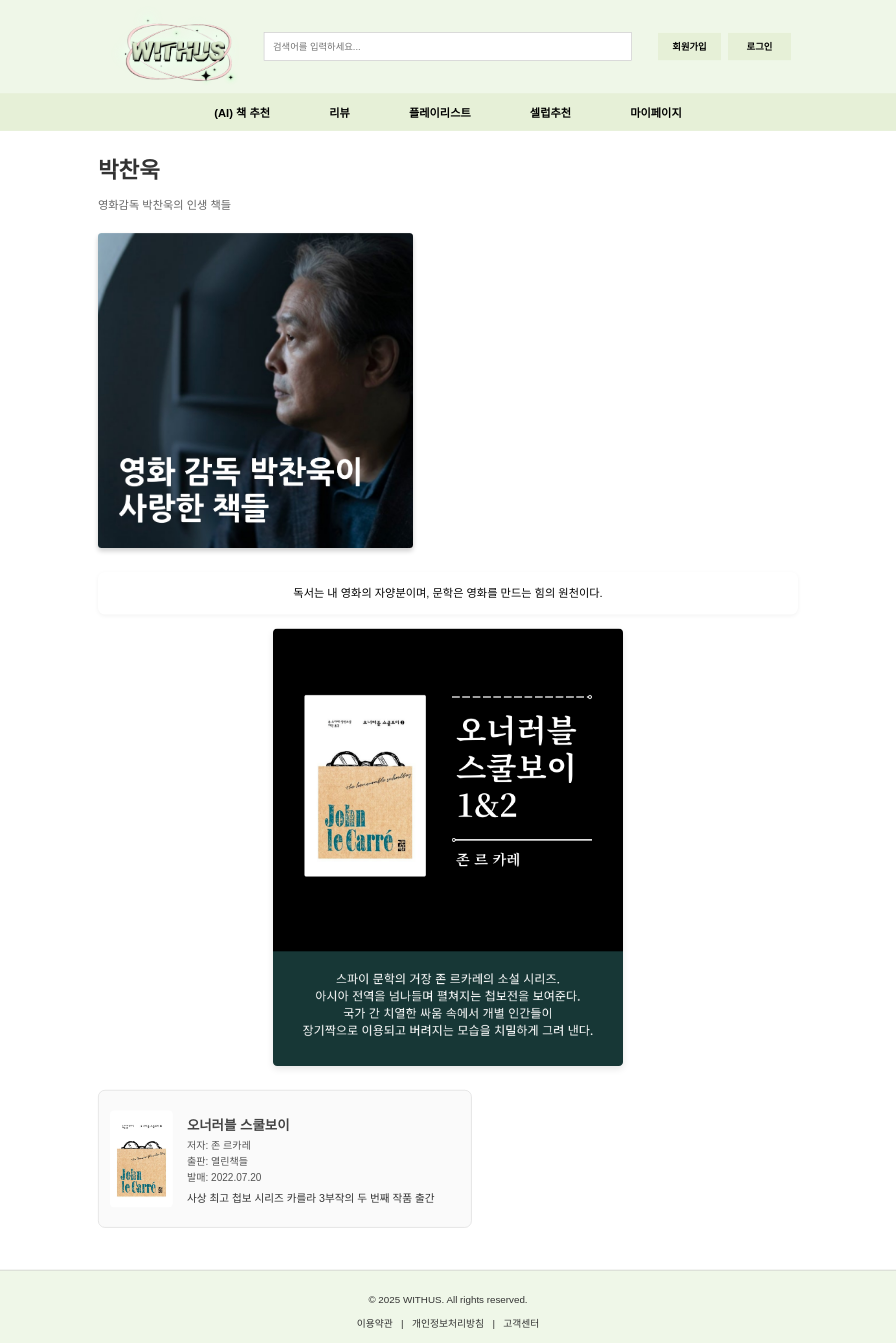
Repository: book-recommendation-team/book_recommendation_web_project
Page: http://localhost/2025_teamproject/celebDetail
The author's editor kept a copy of each file at every save. The page is drawn from the files as they stood at one save, then again after the next save.
The browser window is 1280 px wide. The pictures show the whole page, at 70% of full size.
The page is served by Tomcat 9.

Above is the page before, as saved 2025-07-03 02:24:49.

After the next save:
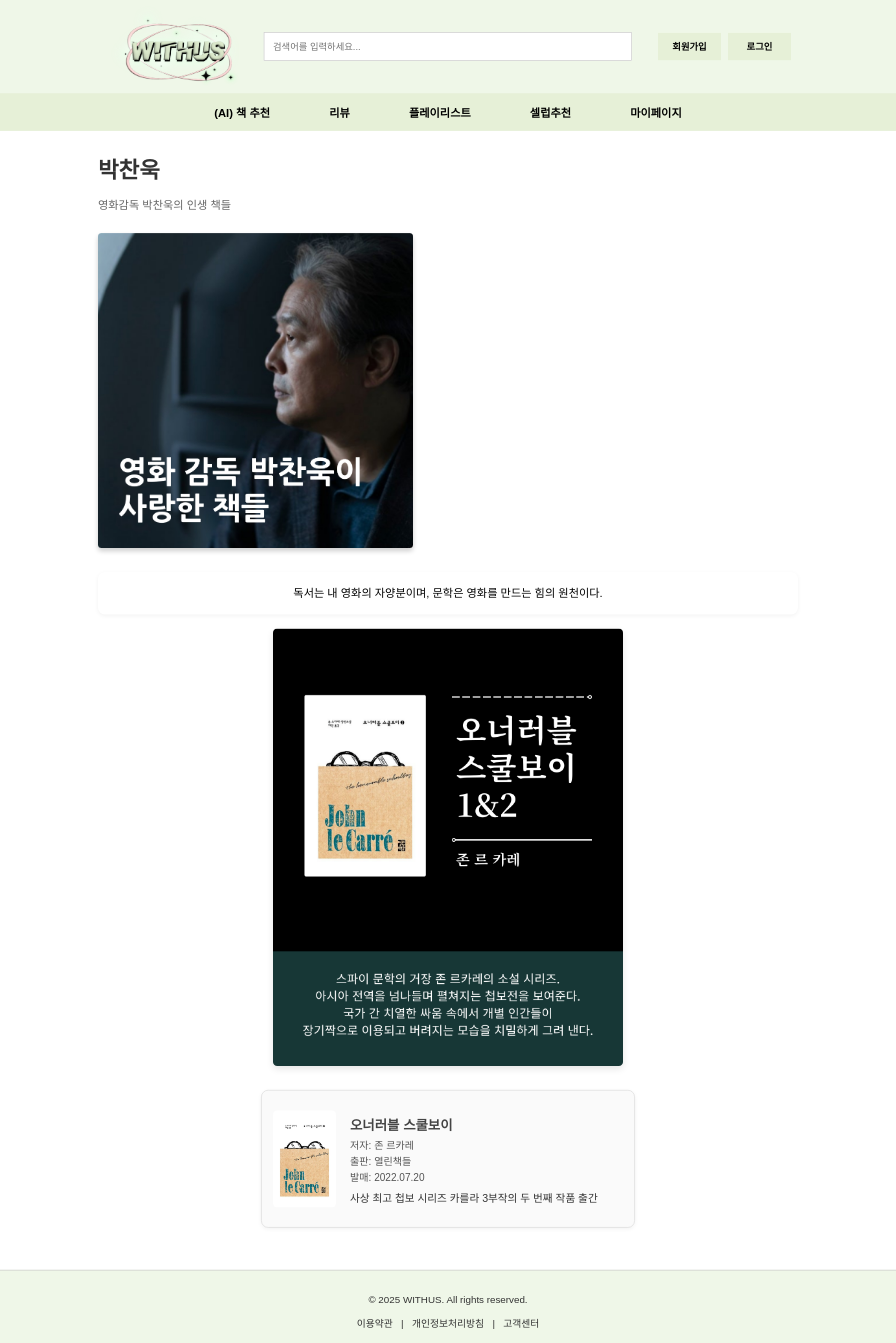
Saved 42 s later.
--- a/2025_teamproject/src/main/webapp/celebDetail.jsp
+++ b/2025_teamproject/src/main/webapp/celebDetail.jsp
@@ -111,18 +111,20 @@ h1 {
 }
 
 .book-card {
-max-width: 500px;
+	max-width: 500px;
+	margin: 30px auto; /* ← 가운데 정렬을 위해 auto 추가! */
 	display: flex;
 	gap: 20px;
 	align-items: center;
 	border: 1px solid #ddd;
 	padding: 16px;
 	border-radius: 10px;
-	margin: 30px 0;
 	cursor: pointer;
 	transition: box-shadow 0.2s ease;
 	background-color: #fafafa;
-}
+	box-shadow: 0 2px 6px rgba(0, 0, 0, 0.05);
+}
+
 
 .book-card:hover {
 	box-shadow: 0 4px 12px rgba(0, 0, 0, 0.15);
